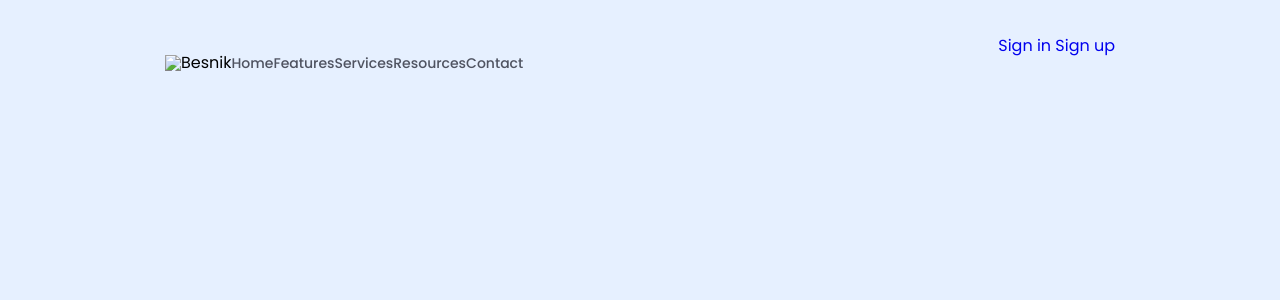
Repository: Phu2992/htmlcss-f8-01
Page: index.html
The author's editor kept a copy of each file at every save. The page is drawn from the files as they stood at one save, then again after the next save.
The browser window is 1280 px wide. The pictures show the whole page.

Above is the page before, as saved 2024-09-25 21:16:39.

### index.html
<!DOCTYPE html>
<html lang="en">
    <head>
        <meta charset="UTF-8" />
        <meta name="viewport" content="width=device-width, initial-scale=1.0" />
        <link rel="stylesheet" href="./assets/css/reset.css" />
        <link rel="stylesheet" href="./assets/fonts/stylesheet.css" />
        <link rel="stylesheet" href="./assets/css/styles.css" />
        <title>F8-Project-1</title>
    </head>
    <body>
        <!-- Header -->
        <header>
            <div class="content">
                <nav class="navbar">
                    <img src="./assets/img/logo.svg" alt="Besnik" />
                    <ul>
                        <li>Home</li>
                        <li>Features</li>
                        <li>Services</li>
                        <li>Resources</li>
                        <li>Contact</li>
                    </ul>
                    <div class="btn nav-btn">
                        <a href="#!">Sign in</a>
                        <a href="#!">Sign up</a>
                    </div>
                </nav>
            </div>
        </header>
    </body>
</html>

### assets/fonts/stylesheet.css
/* ===================== Poppins====================== */
@font-face {
    font-family: "Poppins";
    src: url("poppins/Poppins-Bold.woff2") format("woff2"),
        url("poppins/Poppins-Bold.woff") format("woff");
    font-weight: bold;
    font-style: normal;
    font-display: swap;
}

@font-face {
    font-family: "Poppins";
    src: url("poppins/Poppins-BlackItalic.woff2") format("woff2"),
        url("poppins/Poppins-BlackItalic.woff") format("woff");
    font-weight: 900;
    font-style: italic;
    font-display: swap;
}

@font-face {
    font-family: "Poppins";
    src: url("poppins/Poppins-Black.woff2") format("woff2"),
        url("poppins/Poppins-Black.woff") format("woff");
    font-weight: 900;
    font-style: normal;
    font-display: swap;
}

@font-face {
    font-family: "Poppins";
    src: url("poppins/Poppins-ExtraBold.woff2") format("woff2"),
        url("poppins/Poppins-ExtraBold.woff") format("woff");
    font-weight: bold;
    font-style: normal;
    font-display: swap;
}

@font-face {
    font-family: "Poppins";
    src: url("poppins/Poppins-ExtraLight.woff2") format("woff2"),
        url("poppins/Poppins-ExtraLight.woff") format("woff");
    font-weight: 200;
    font-style: normal;
    font-display: swap;
}

@font-face {
    font-family: "Poppins";
    src: url("poppins/Poppins-BoldItalic.woff2") format("woff2"),
        url("poppins/Poppins-BoldItalic.woff") format("woff");
    font-weight: bold;
    font-style: italic;
    font-display: swap;
}

@font-face {
    font-family: "Poppins";
    src: url("poppins/Poppins-ExtraBoldItalic.woff2") format("woff2"),
        url("poppins/Poppins-ExtraBoldItalic.woff") format("woff");
    font-weight: bold;
    font-style: italic;
    font-display: swap;
}

@font-face {
    font-family: "Poppins";
    src: url("poppins/Poppins-Light.woff2") format("woff2"),
        url("poppins/Poppins-Light.woff") format("woff");
    font-weight: 300;
    font-style: normal;
    font-display: swap;
}

@font-face {
    font-family: "Poppins";
    src: url("poppins/Poppins-LightItalic.woff2") format("woff2"),
        url("poppins/Poppins-LightItalic.woff") format("woff");
    font-weight: 300;
    font-style: italic;
    font-display: swap;
}

@font-face {
    font-family: "Poppins";
    src: url("poppins/Poppins-Italic.woff2") format("woff2"),
        url("poppins/Poppins-Italic.woff") format("woff");
    font-weight: normal;
    font-style: italic;
    font-display: swap;
}

@font-face {
    font-family: "Poppins";
    src: url("poppins/Poppins-ExtraLightItalic.woff2") format("woff2"),
        url("poppins/Poppins-ExtraLightItalic.woff") format("woff");
    font-weight: 200;
    font-style: italic;
    font-display: swap;
}

@font-face {
    font-family: "Poppins";
    src: url("poppins/Poppins-Medium.woff2") format("woff2"),
        url("poppins/Poppins-Medium.woff") format("woff");
    font-weight: 500;
    font-style: normal;
    font-display: swap;
}

@font-face {
    font-family: "Poppins";
    src: url("poppins/Poppins-ThinItalic.woff2") format("woff2"),
        url("poppins/Poppins-ThinItalic.woff") format("woff");
    font-weight: 100;
    font-style: italic;
    font-display: swap;
}

@font-face {
    font-family: "Poppins";
    src: url("poppins/Poppins-Thin.woff2") format("woff2"),
        url("poppins/Poppins-Thin.woff") format("woff");
    font-weight: 100;
    font-style: normal;
    font-display: swap;
}

@font-face {
    font-family: "Poppins";
    src: url("poppins/Poppins-SemiBold.woff2") format("woff2"),
        url("poppins/Poppins-SemiBold.woff") format("woff");
    font-weight: 600;
    font-style: normal;
    font-display: swap;
}

@font-face {
    font-family: "Poppins";
    src: url("poppins/Poppins-SemiBoldItalic.woff2") format("woff2"),
        url("poppins/Poppins-SemiBoldItalic.woff") format("woff");
    font-weight: 600;
    font-style: italic;
    font-display: swap;
}

@font-face {
    font-family: "Poppins";
    src: url("poppins/Poppins-MediumItalic.woff2") format("woff2"),
        url("poppins/Poppins-MediumItalic.woff") format("woff");
    font-weight: 500;
    font-style: italic;
    font-display: swap;
}

@font-face {
    font-family: "Poppins";
    src: url("poppins/Poppins-Regular.woff2") format("woff2"),
        url("poppins/Poppins-Regular.woff") format("woff");
    font-weight: normal;
    font-style: normal;
    font-display: swap;
}

### assets/css/styles.css
* {
    box-sizing: border-box;
}

html {
    font-size: 62.5%;
}

body {
    font-size: 1.6rem;
    font-family: "Poppins", sans-serif;
}

.content {
    padding: 38px 165px;
}

header {
    background-color: #e6f0ff;
    height: 100vh;
    margin: auto;
}

.btn {
    height: 50px;
}
.btn a {
    text-decoration: none;
}

.navbar {
    display: flex;
    align-items: center;
}

.navbar ul {
    color: #4f5361;
    font-size: 1.4rem;
    font-style: normal;
    font-weight: 500;
    line-height: normal;
    display: flex;
}

.navbar .nav-btn {
    margin-left: auto;
}

Loaded but not shown: assets/css/reset.css (common file)

After the next save:
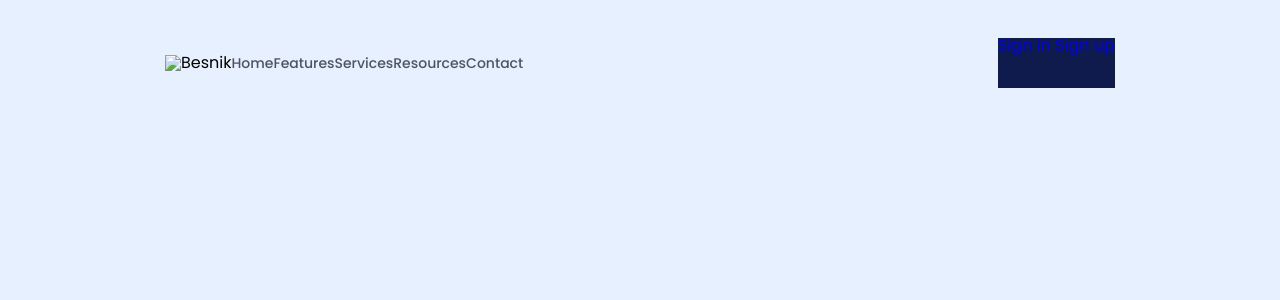
Saved 46 s later.
--- a/assets/css/styles.css
+++ b/assets/css/styles.css
@@ -23,6 +23,7 @@
 
 .btn {
     height: 50px;
+    background-color: #0f1b4c;
 }
 .btn a {
     text-decoration: none;
